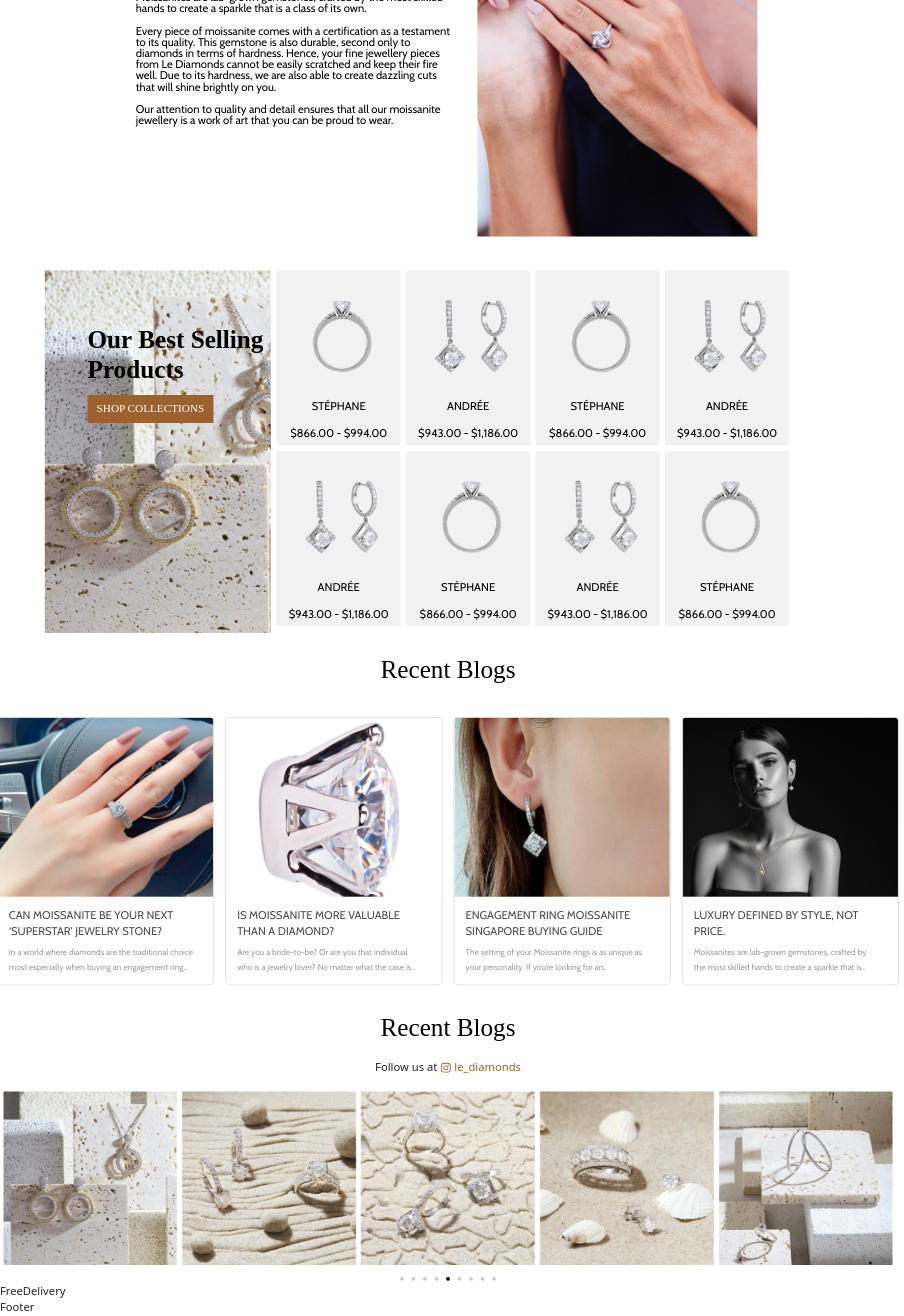
Repository: farrelmuhammad/lediamonds-vi8e
Page: /
An editor plug-in stored every save of this project. The page is shown before and after the next save, followed by the edit.
The browser window is 1280 px wide. The page is 1292 px wide, so the pictures cover 1292 px, including what lies to the right of the window. The pictures show the part of the page from y = 1955 to 3835 px (the page is 3835 px tall before and 3830 px after), at 70% of full size.
The project was rebuilt for these pictures with package versions that can differ from the ones it lists, and the page was loaded fresh each time. Also part of the build but not shown: src/App.css.

Above is the page before, as saved 2022-09-17 15:37:22.

After the next save:
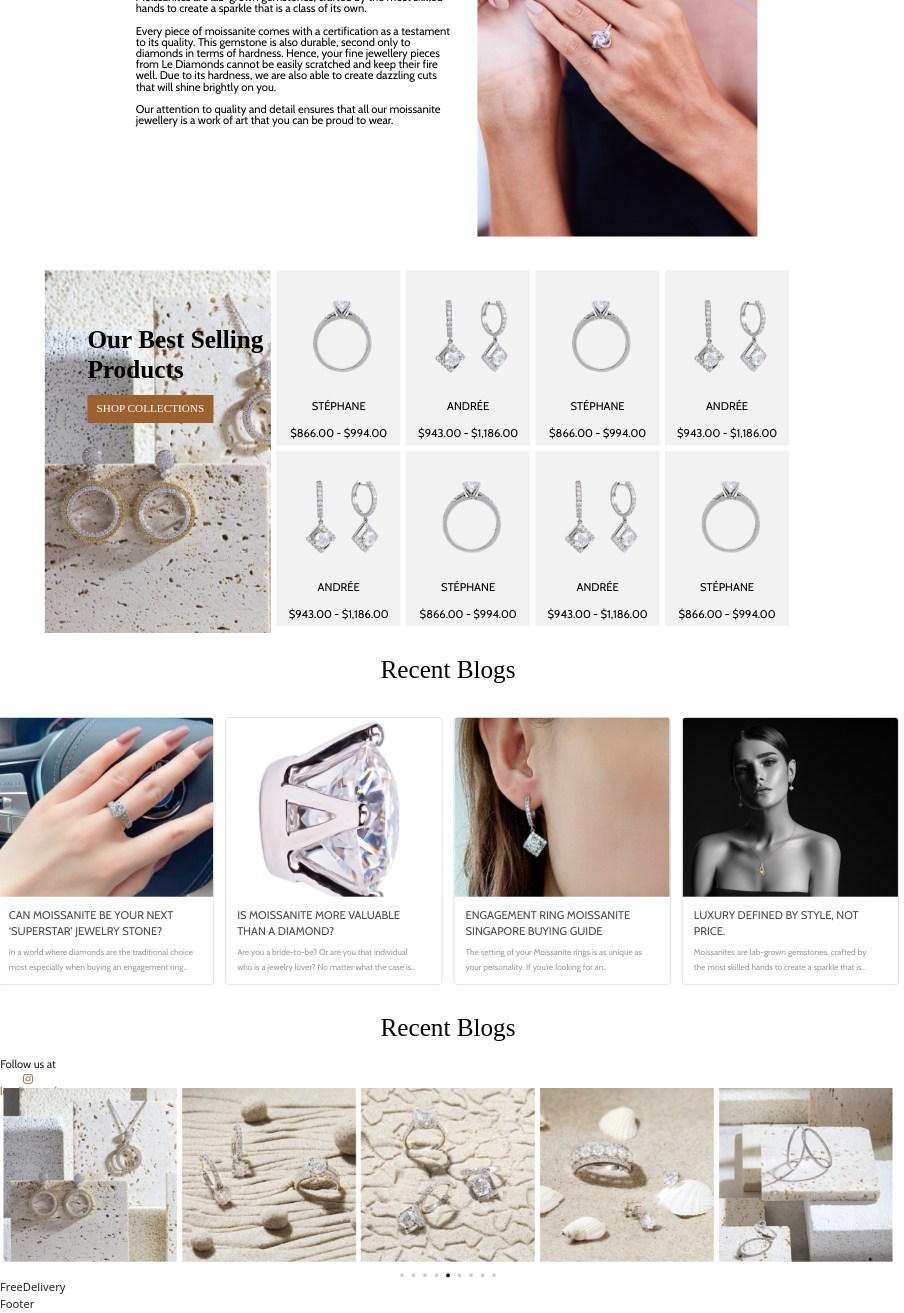
Saved 7 s later.
--- a/src/index.css
+++ b/src/index.css
@@ -259,3 +259,16 @@ font-size: 12px;
 line-height: 22px;
 color: #9A9A9A;
 }
+
+.text-title-small {
+  width: 80px;
+height: 19px;
+left: 620px;
+top: 3805px;
+
+font-family: 'Cabin';
+font-style: normal;
+font-weight: 400;
+font-size: 16px;
+line-height: 19px;
+}
